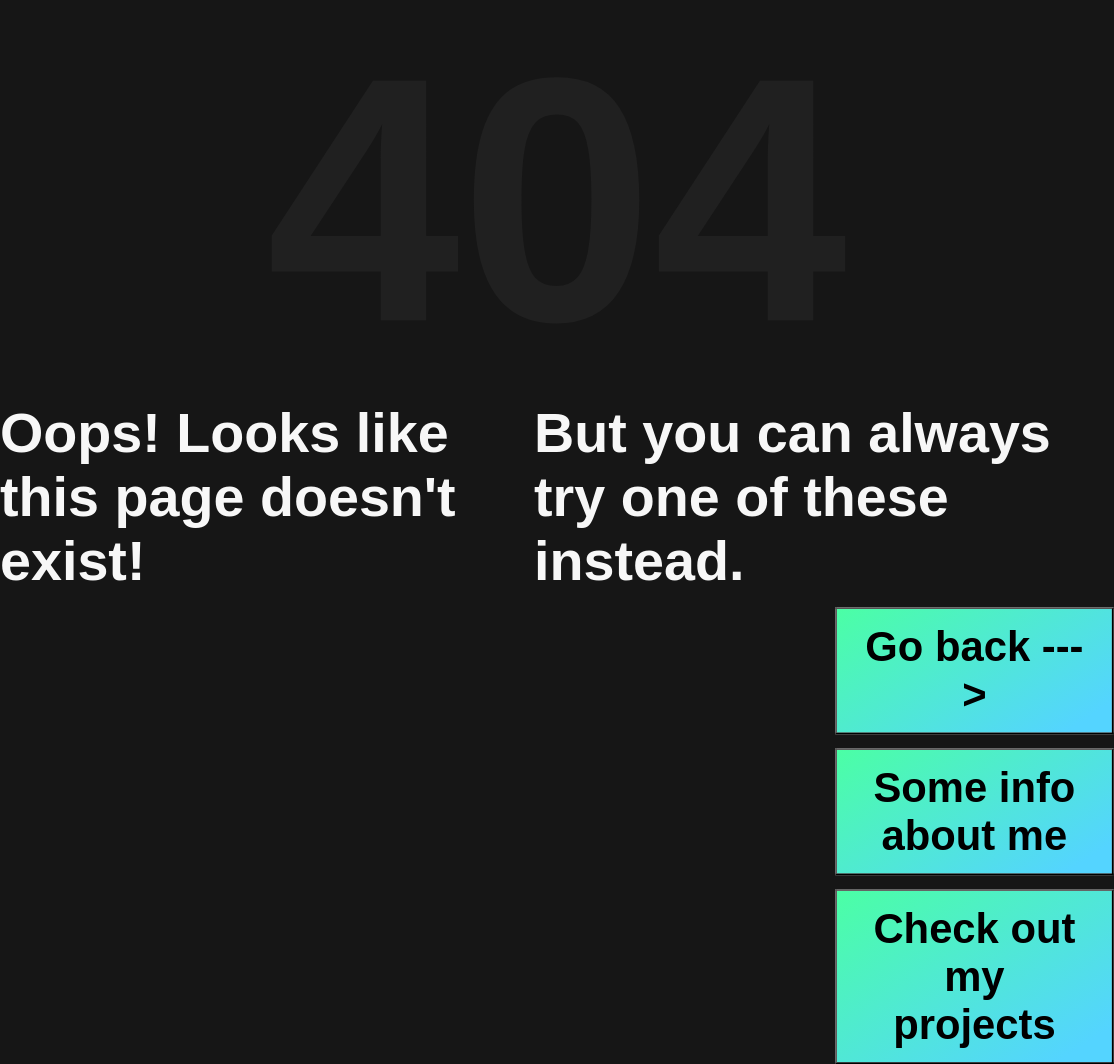
Repository: TeeJaysDev/Portfolio
Page: 404.html
These files come from the project's save history. The page is drawn as it stood at one moment and after a run of saves; the edit follows.
The browser window is 1280 px wide. The pictures show the whole page, at 87% of full size.

Above is the page before, as saved 2021-08-26 21:46:11.

After the next 4 saves:
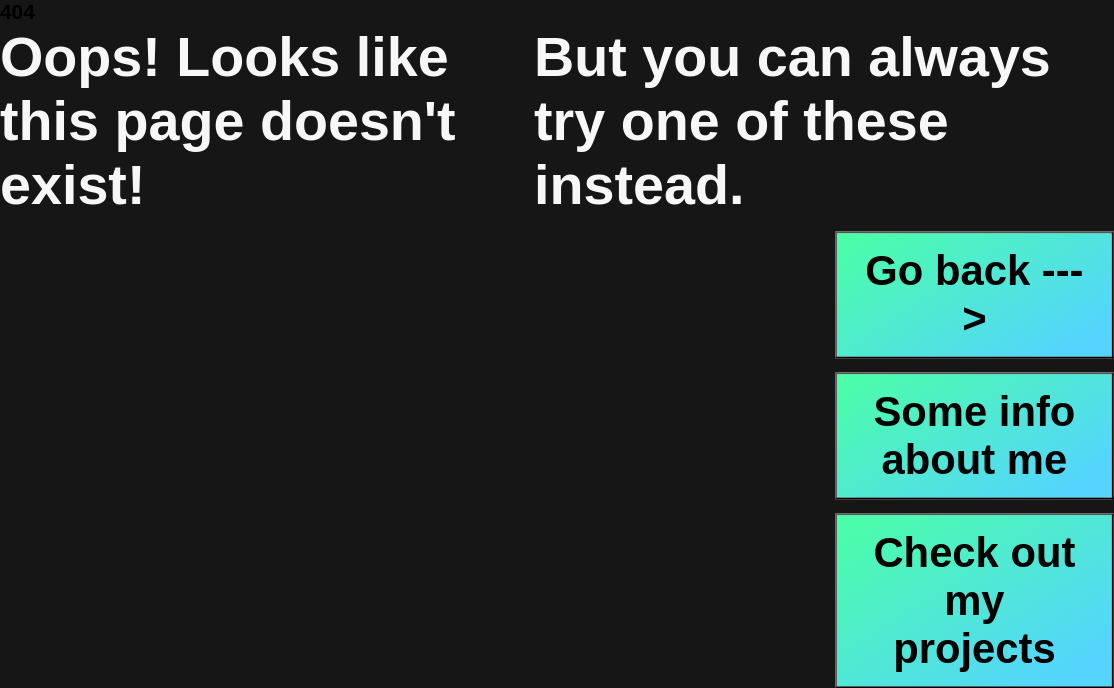
The 4 saves are shown as one change because they came seconds apart.
The last was saved 16 s later.
--- a/404.css
+++ b/404.css
@@ -21,16 +21,14 @@
     justify-content: center;
 }
 
+h1 >
+
 h2 {
     display: flex;
     justify-content: center;
     color: #202020;
     font-size: 25rem;
     z-index: 0;
-}
-
-h3 {
-
 }
 
 button a {

After the 2 saves that followed:
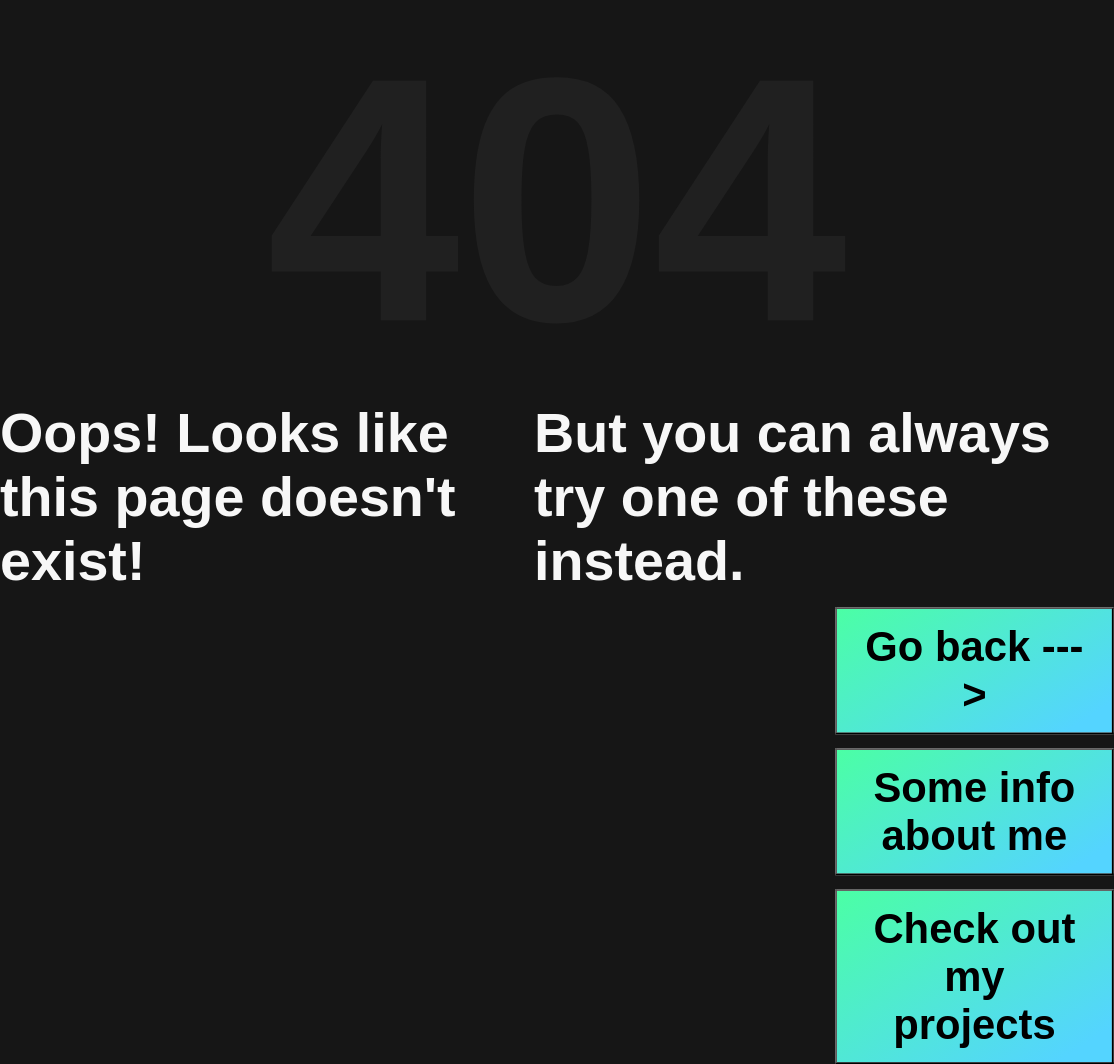
The 2 saves are shown as one change because they came seconds apart.
The last was saved 6 s later.
--- a/404.css
+++ b/404.css
@@ -21,7 +21,9 @@
     justify-content: center;
 }
 
-h1 >
+h1 > span {
+
+}
 
 h2 {
     display: flex;
